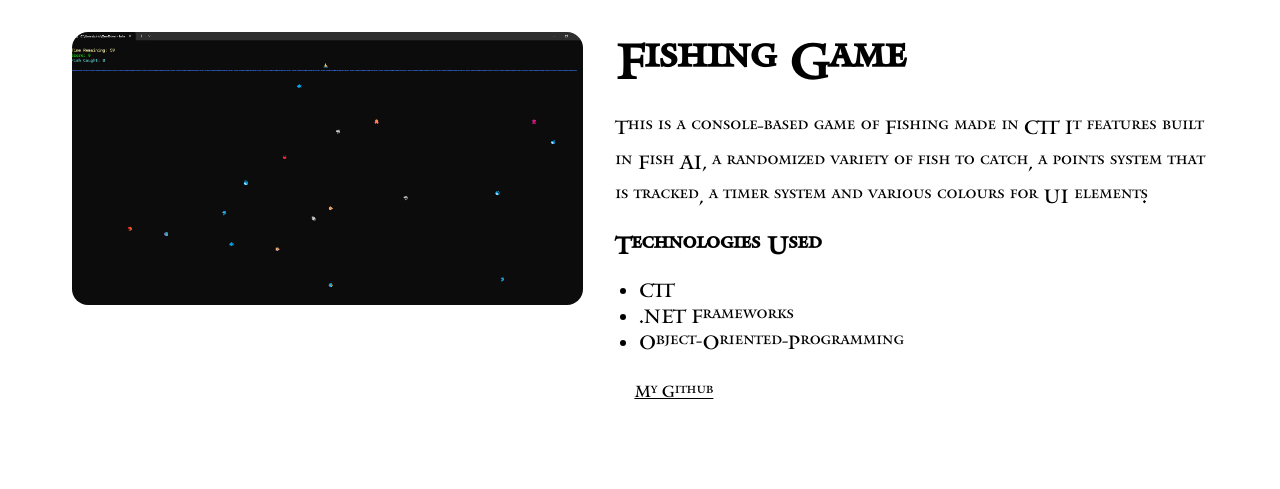
Repository: danielchohan/danielchohan
Page: pages/fishing.html
The author's editor kept a copy of each file at every save. The page is drawn from the files as they stood at one save, then again after the next save.
The browser window is 1280 px wide. The pictures show the whole page.

Above is the page before, as saved 2026-05-09 17:32:30.

### pages/fishing.html
<!DOCTYPE html>
<html lang="en">
<head>
    <meta charset="UTF-8">
    <meta name="viewport" content="width=device-width, initial-scale=1.0">
    <title>Fishing Game</title>
    <link rel="stylesheet" href="../styles/projectcard.css">
    <link rel="stylesheet" href="../styles/global.css">

</head>

<section class="projectcard">

<img alt="Screenshot of a round of Fishing" src="../assets/images/fishing.png">

<div class="projectinfo">
    <h1>Fishing Game</h1>

    <p> This is a console-based game of Fishing made in C#
        It features built in Fish AI, a randomized variety of fish to catch, a points system that is tracked,
        a timer system and various colours for UI elements.
     </p>

     <h2> Technologies Used </h2>
     <ul>
        <li>C#</li>
        <li>.NET Frameworks</li>
        <li>Object-Oriented-Programming</li>
     </ul>

     <div class="projectbutton">
        <a href="https://github.com/ChohanProgrammingProjects/Programming-1-Final-Project">My Github</a>
     </div>

</div>

</section>
<body>

</body>
</html>

### styles/projectcard.css

.projectcard{
    display:flex;
    flex-direction:column;
    gap:1.5rem;
    padding:1.5rem;
    max-width:1200px;
    margin: 0 auto;
}

.projectcard img{
    width:100%;
    border-radius:1rem;
    object-fit: cover;
    max-height: 400px;
}

.projectinfo{
    display:flex;
    flex-direction:column;
    gap:1rem;
}

/* https://developer.mozilla.org/en-US/docs/Web/CSS/Reference/Values/clamp
Researched to find this for font size and make it fluid */
.projectinfo h1{
    font-size:clamp(1.8rem, 4vw, 3rem);
    color:white;
}

.projectinfo p{
    line-height:1.8;
    font-size: clamp(1rem, 2vw, 1.2rem);
    color:white;
}
.projectinfo h2{
    font-size:clamp(1.3 rem, 3vw, 1.75rem);
    color:white;
}

.projectinfo ul{
    padding-left: 1.5rem;
    color:white;
    font-size:clamp(1rem, 2vw, 1.2rem);
}

.projectbutton{
    display:flex;
    gap:1rem;
    flex-wrap:wrap;
}

.projectbutton a{
    padding: 0.6em 1.2em;
    font-size: 1rem;
    border:none;
    border-radius:0.4rem;
    background:white;
    color:black;
}

@media(min-width: 768px){
    .projectcard{
        flex-direction:row;
        align-items:flex-start;
        padding:2rem;
        gap:2rem;
    }
    .projectcard img{
        width:45%;
        max-height:none;
    }
    .projectinfo{
        width:55%;
    }
    .projectinfo h1{
        color:black;
    }
    .projectinfo p{
        color:black;
    }
    .projectinfo h2{
        color:black;
    }
    .projectinfo ul{
        color:black;
    }
}

@media (min-width:1024px) {
    .projectcard{
      padding:3rem;
        gap:3rem;
    }
    .projectcard img{
        width:50%;
    }
    .projectinfo{
        width:50%;
    }
}
@media (min-width: 1024px) and (max-width: 1366px) {
 .projectcard{
        flex-direction:row;
        align-items:flex-start;
        padding:2rem;
        gap:2rem;
    }
    .projectcard img{
        width:45%;
        max-height:none;
    }
    .projectinfo{
        width:55%;
    }
    .projectinfo h1{
        color:black;
    }
    .projectinfo p{
        color:black;
    }
    .projectinfo h2{
        color:black;
    }
    .projectinfo ul{
        color:black;
    }
}

### styles/global.css
@font-face {
    font-family: EldenFont;
    src: url(../assets/fonts/Mantinia\ Regular.otf);
    font-weight: normal;
    font-style: normal;
}
body{
    font-family:EldenFont, serif;
}
*{
    margin: 0;
    padding: 0;
    box-sizing: border-box;
}
.pagebg{
    min-height: 100vh;
    width:100%;

   background: url(../assets/images/Liurnia.jpg);
    background-size:cover;
    display:flex;
    justify-content: center;
    align-items: center;

    padding: 1rem;
}

/* Nav Bar */
.logo{
    font-size: 1.5rem;
    display:flex;

}
.topbar{
    position:fixed;
    top:0;
    width:100%;
    padding:  1rem 2rem;
    display: flex;
    justify-content: space-between;
    align-items: center;
    background:rgba(0,0,0,0.4);
    backdrop-filter:blur(4px);
    color:white;
    z-index: 10;
}
/* Mobile option first */
.navlinks{
    display:none;
}
.navlinks.active{
    display:flex;
    flex-direction: column;
    position:absolute;
    list-style: none;
    top:100%;
    right:0;
    width:100%;
    background:rgba(0,0,0,0.4);
    text-align: center;
}

.navlinks a{
    color: white;
    font-size: 1.75rem;
}

.burgerbar{
    display:flex;
    flex-direction: column;
    gap:0.35rem;
    cursor:pointer;
}
.burgerbar span{
    width:1.7rem;
    height:0.2rem;
    background:white;
    border-radius: 2rem;;
}
@media (min-width:768px) {
    .burgerbar{
        display:none;
    }
    .navlinks{
        display:flex;
        list-style: none;
        gap:3rem;
    }
}
@media(min-width:1024px){
    .navlinks{
        gap:4rem;
    }
    .logo{
        font-size:1.8rem;
    }
}

After the next save:
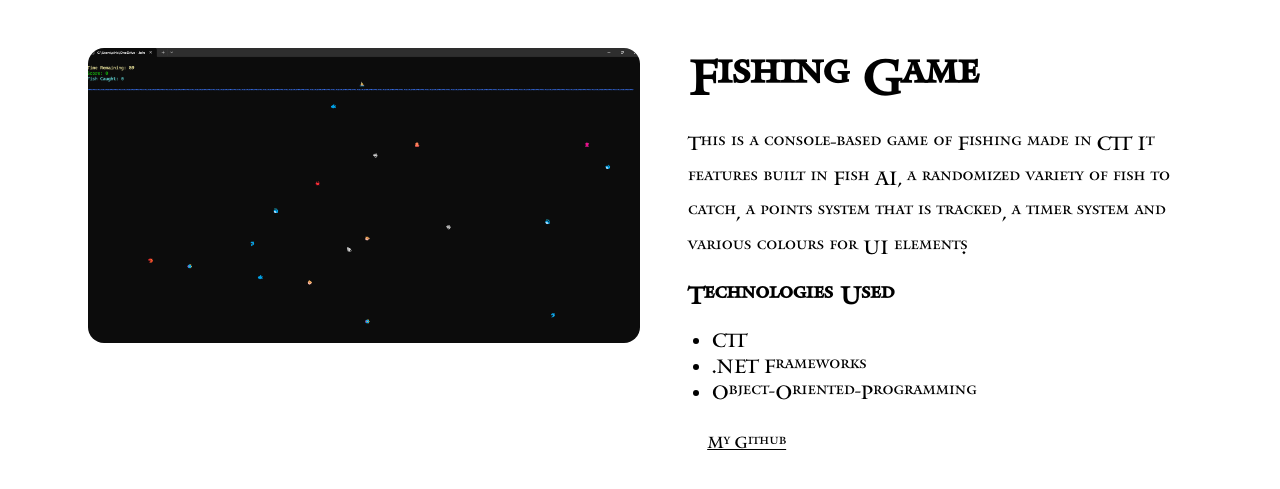
Saved 73 s later.
--- a/styles/projectcard.css
+++ b/styles/projectcard.css
@@ -99,30 +99,3 @@
         width:50%;
     }
 }
-@media (min-width: 1024px) and (max-width: 1366px) {
- .projectcard{
-        flex-direction:row;
-        align-items:flex-start;
-        padding:2rem;
-        gap:2rem;
-    }
-    .projectcard img{
-        width:45%;
-        max-height:none;
-    }
-    .projectinfo{
-        width:55%;
-    }
-    .projectinfo h1{
-        color:black;
-    }
-    .projectinfo p{
-        color:black;
-    }
-    .projectinfo h2{
-        color:black;
-    }
-    .projectinfo ul{
-        color:black;
-    }
-}
